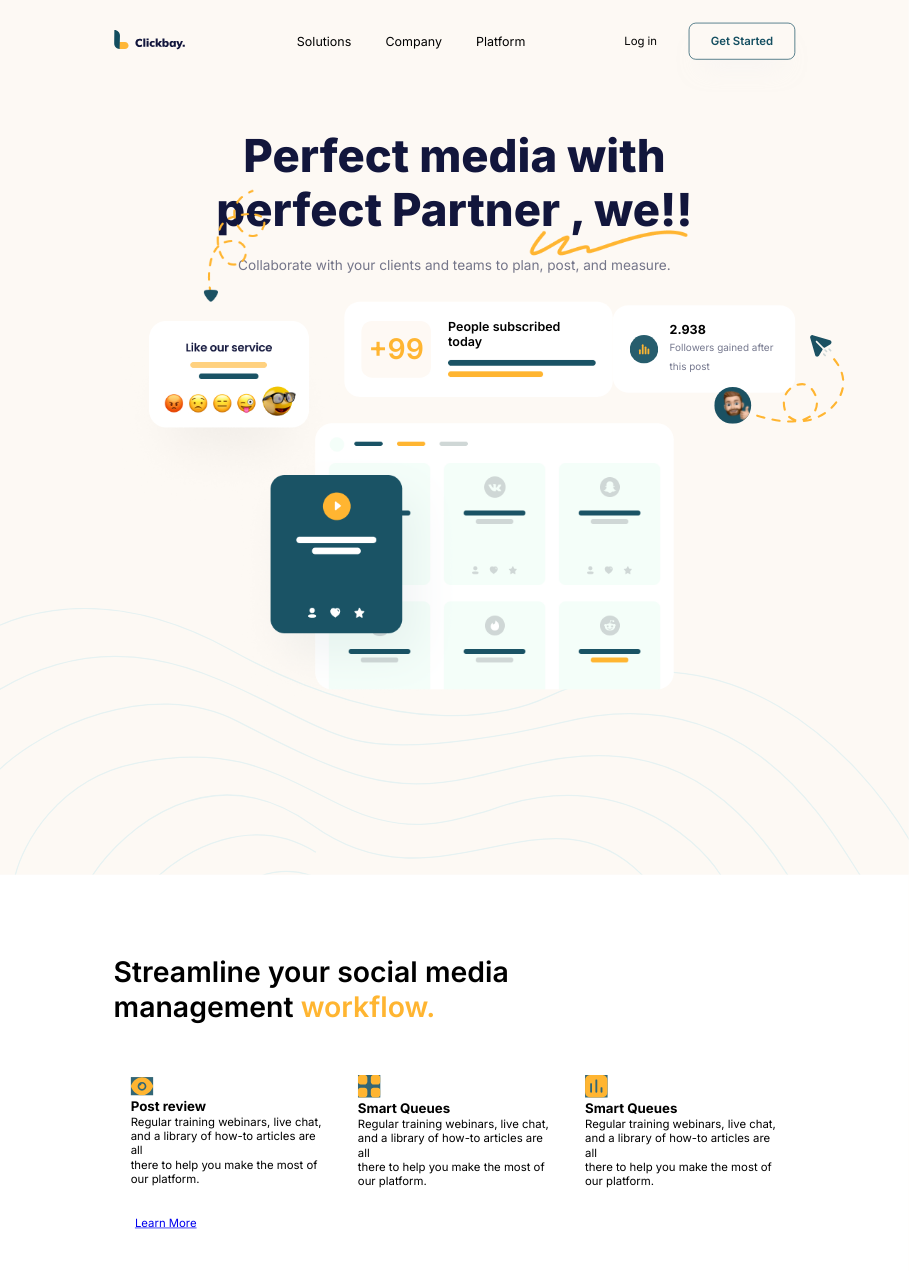
Repository: badhon252/Clickbay
Page: index.html
An editor plug-in stored every save of this project. The page is shown before and after the next save, followed by the edit.
The browser window is 1280 px wide. The pictures show the whole page, at 71% of full size.
The style sheet was rebuilt from its Sass, Less or Tailwind sources for each picture, by a compiler version that may differ from the author's.

Above is the page before, as saved 2022-09-05 01:56:46.

### index.html
<!DOCTYPE html>
<html lang="en">

<head>
    <meta charset="UTF-8">
    <meta http-equiv="X-UA-Compatible" content="IE=edge">
    <meta name="viewport" content="width=device-width, initial-scale=1.0">
    <link rel="stylesheet" href="./scss/style.css">
    <title>Clickbay</title>
</head>

<body>
    <header class="">
        <img src="./images/Group 676.svg" alt="" class="header-img">
        <div class="container">


            <nav class="navbar">
                <div class="navbar_brand">
                    <img src="./images/logo.svg" alt="Image not found!">
                </div>

                <ul class="nav">
                    <li class="nav-items"><a href="" class="nav-links">Solutions</a></li>
                    <li class="nav-items"><a href="" class="nav-links">Company</a></li>
                    <li class="nav-items"><a href="" class="nav-links">Platform</a></li>
                </ul>

                <div class="nav-btns">
                    <button class="btn nav-log">Log in</button>
                    <button class="btn nav-start">Get Started</button>
                </div>
            </nav>

            <div class="header-content">
                <h1 class="h1 my-4 text-center">
                    Perfect media with <br> perfect Partner , we!!
                </h1>
                <img src="./images/Vector 735.png" alt="" class="signature text-center">
                <p class="text-center">Collaborate with your clients and teams to plan, post, and measure.</p>

                <div class="company-stat">
                    <div class="row">
                        <div class="col-md-4">
                            <img src="./images/Group 689.png" class="" alt="">
                        </div>
                        <div class="col-md-4 subscriber">
                            <span class="">+99</span>
                            <div>
                                <h2>People subscribed today</h2>
                                <img src="./images/Group 678.png" alt="">
                            </div>
                        </div>
                        <div class="col-md-4 follow">
                            <div class="follower">

                                <img src="./images/Group 1037.svg" alt="">
                                <div>
                                    <h3>2.938</h3>
                                    <p>Followers gained after this post</p>
                                </div>
                            </div>
                            <div class="following">
                                <img src="./images/Group 1041.svg" alt="">
                            </div>
                        </div>
                    </div>
                </div>

                <img src="./images/Group 933.png" alt="" class="group-933">

            </div>
        </div>
    </header>

    <section class="second_section container">
        <h2 class="h2 my-3">
            Streamline your social media <br> management <span> workflow.</span>
        </h2>
        <div class="row">

            <div class="card">
                <img src="./images/Show.svg" alt="">
                <h3>Post review</h3>
                <p>Regular training webinars, live chat, <br> and a library of how-to articles are all<br> there to help
                    you make
                    the most of<br> our platform.</p>
            </div>

            <div class="card">
                <img src="./images/Category.svg" alt="">
                <h3>Smart Queues</h3>
                <p>Regular training webinars, live chat, <br> and a library of how-to articles are all<br> there to help
                    you make
                    the most of<br> our platform.</p>
            </div>
            <div class="card">
                <img src="./images/Chart.svg" alt="">
                <h3>Smart Queues</h3>
                <p>Regular training webinars, live chat, <br> and a library of how-to articles are all<br> there to help
                    you make
                    the most of<br> our platform.</p>
            </div>
        </div>
        <button class="btn">
            <a href="#">Learn More</a>
        </button>
    </section>
</body>

</html>

### scss/style.scss
@import url("https://fonts.googleapis.com/css2?family=Inter:wght@400;600;700;800;900&display=swap");
* {
  margin: 0;
  padding: 0;
  box-sizing: border-box;
  font-family: "Inter", sans-serif;
  // font-family: 'Poppins';
}
.container {
  margin: 0 10rem;
}
.btn {
  outline: none;
  border: none;
  padding: 15px 30px;
  font-size: 1rem;
  background-color: transparent;
}
.h1 {
  font-size: 4rem;
}
.text-center {
  text-align: center;
}
// margin
.my-1 {
  margin: 1rem 0;
}
.my-2 {
  margin: 2rem 0;
}
.my-3 {
  margin: 3rem 0;
}
.my-4 {
  margin: 4rem 0;
}
.my-5 {
  margin: 5rem 0;
}

// grid system using flex

//==============================
//===================
//==============================

header {
  .row {
    display: flex;
    justify-content: space-evenly;
    align-items: center;
  }
  background-color: #fdf9f4;
  min-height: 100vh;
  position: relative;
  overflow: hidden;

  .header-img {
    position: absolute;
    bottom: 0;
    right: 0;
    z-index: 1;
    width: 100%;
  }
  .navbar {
    color: #282b4d;
    padding: 2rem 0;
    display: flex;
    justify-content: space-between;
    align-items: center;
    font-weight: 500;
    .nav {
      display: flex;
      .nav-items {
        margin-left: 3rem;
        list-style-type: none;
        .nav-links {
          text-decoration: none;
          color: black;
          font-size: 1.1rem;
          font-weight: 500;
        }
      }
    }

    .nav-start {
      border: 1px solid #1a5365;
      box-shadow: 0px 25px 35px -20px rgba(232, 236, 243, 0.5);
      border-radius: 10px;
      color: #154f61;
      font-weight: 600;
      margin-left: 10px;
    }
  }

  .header-content {
    .h1 {
      font-weight: 800;
      margin-bottom: -0.6rem;
      color: #12163c;
    }
    .signature {
      display: block;
      margin: 0 auto;
      transform: translateX(217px);
    }
    p {
      font-size: 1.2rem;
      font-weight: 500;
      line-height: 27px;
      color: #12163c94;
    }

    .company-stat {
      transform: translateY(-120px);
      .subscriber {
        display: flex;
        align-items: center;
        background-color: #fff;
        padding: 1.5rem;
        border-radius: 22px;
        span {
          font-weight: 600;
          font-size: 40px;
          line-height: 60px;
          background-color: #fef9f4;
          color: #ffb531;
          padding: 10px;
          border-radius: 15px;
          margin-right: 1.5rem;
        }
        h2 {
          font-size: 1.1rem;
          font-weight: 600;
          padding-bottom: 1rem;
        }
      }

      .follow {
        position: relative;
        z-index: 11;

        .follower {
          display: flex;
          align-items: center;
          background-color: #fff;
          padding: 1.5rem;
          border-radius: 22px;
          img {
            padding-right: 1rem;
          }
          h3 {
            font-size: 1.1rem;
          }
          p {
            font-size: 14px;
          }
        }
        .following {
          position: absolute;
          top: 42px;
          right: -70px;
        }
      }
    }

    .group-933 {
      position: relative;
      margin: 0 auto;
      top: -240px;
      display: block;
      z-index: 9999;
    }
  }
}

.second_section {
  padding: 4rem 0;
  .row {
    display: flex;
    justify-content: space-between;
    align-items: center;
  }
  h2 {
    font-size: 2.5rem;
    font-weight: 600;
    span {
      color: #ffb531;
    }
  }

  .card {
    padding: 1.5rem;
  }

  img {
    background-color: #336675;
  }
}

After the next save:
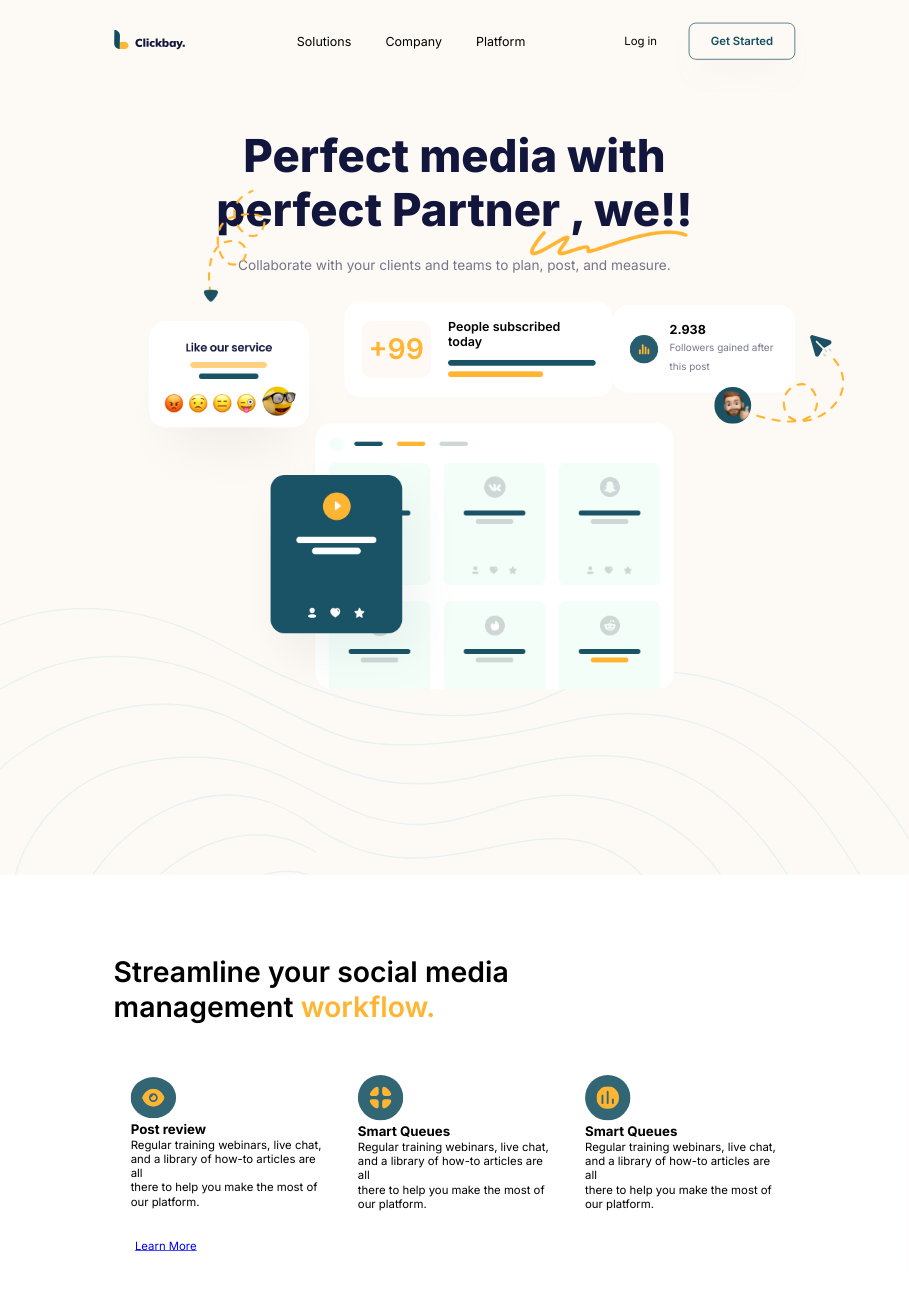
Saved 96 s later.
--- a/scss/style.scss
+++ b/scss/style.scss
@@ -196,5 +196,7 @@ header {
 
   img {
     background-color: #336675;
-  }
-}
+    padding: 1rem;
+    border-radius: 50%;
+  }
+}
